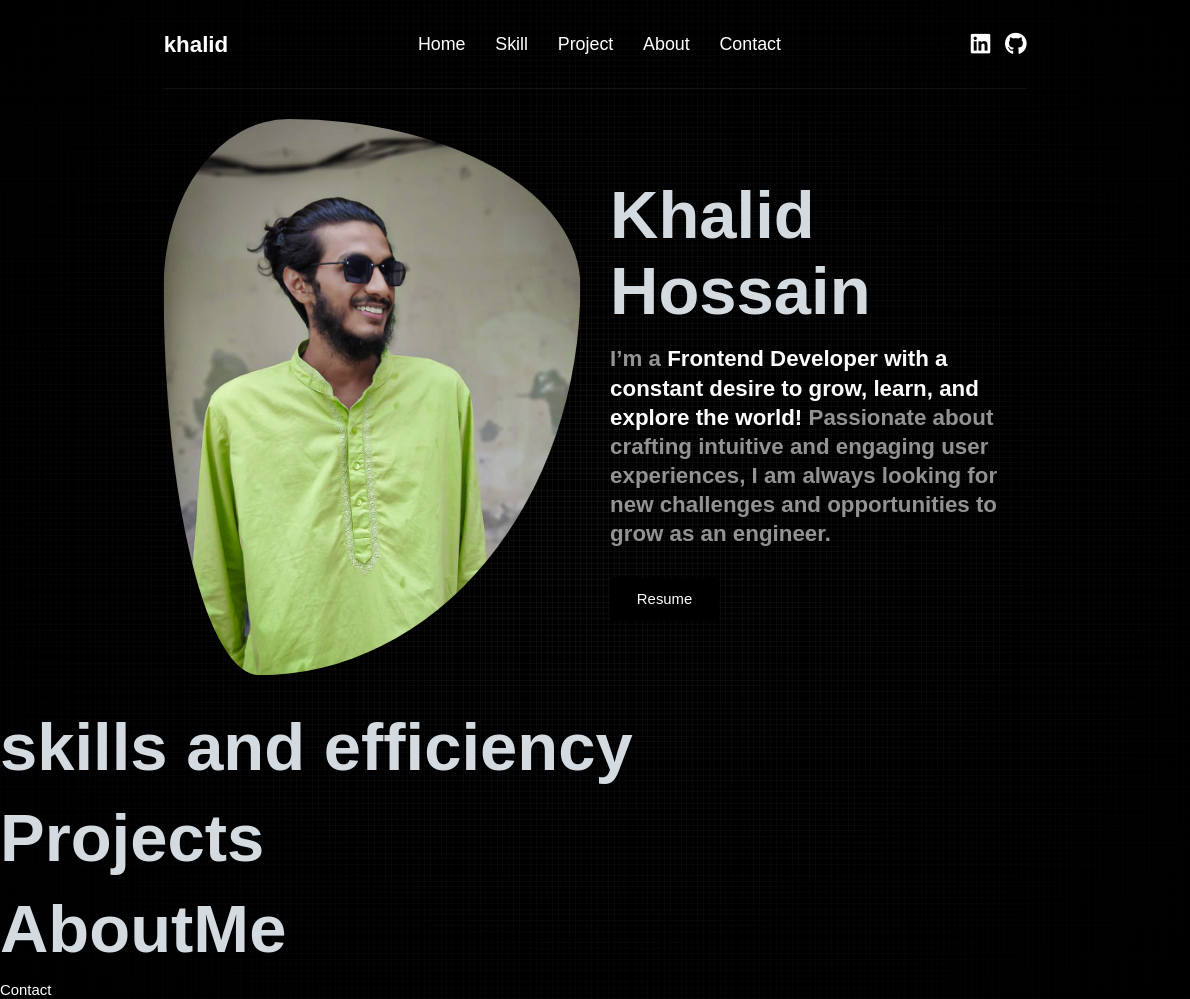
Repository: badhon252/my-portfolio
Page: /
These files come from the project's save history. The page is drawn as it stood at one moment and after a run of saves; the edit follows.
The browser window is 1280 px wide. The pictures show the whole page, at 93% of full size.
The project was rebuilt for these pictures with package versions that can differ from the ones it lists, and the page was loaded fresh each time. Also part of the build but not shown: src/Components/Home/Header/Navbar/Navs/LinkedIn/LinkedIn.module.css, src/Components/Home/Header/Navbar/Navs/GitHub/Github.module.css.

Above is the page before, as saved 2023-01-16 00:26:14.

After the next 3 saves:
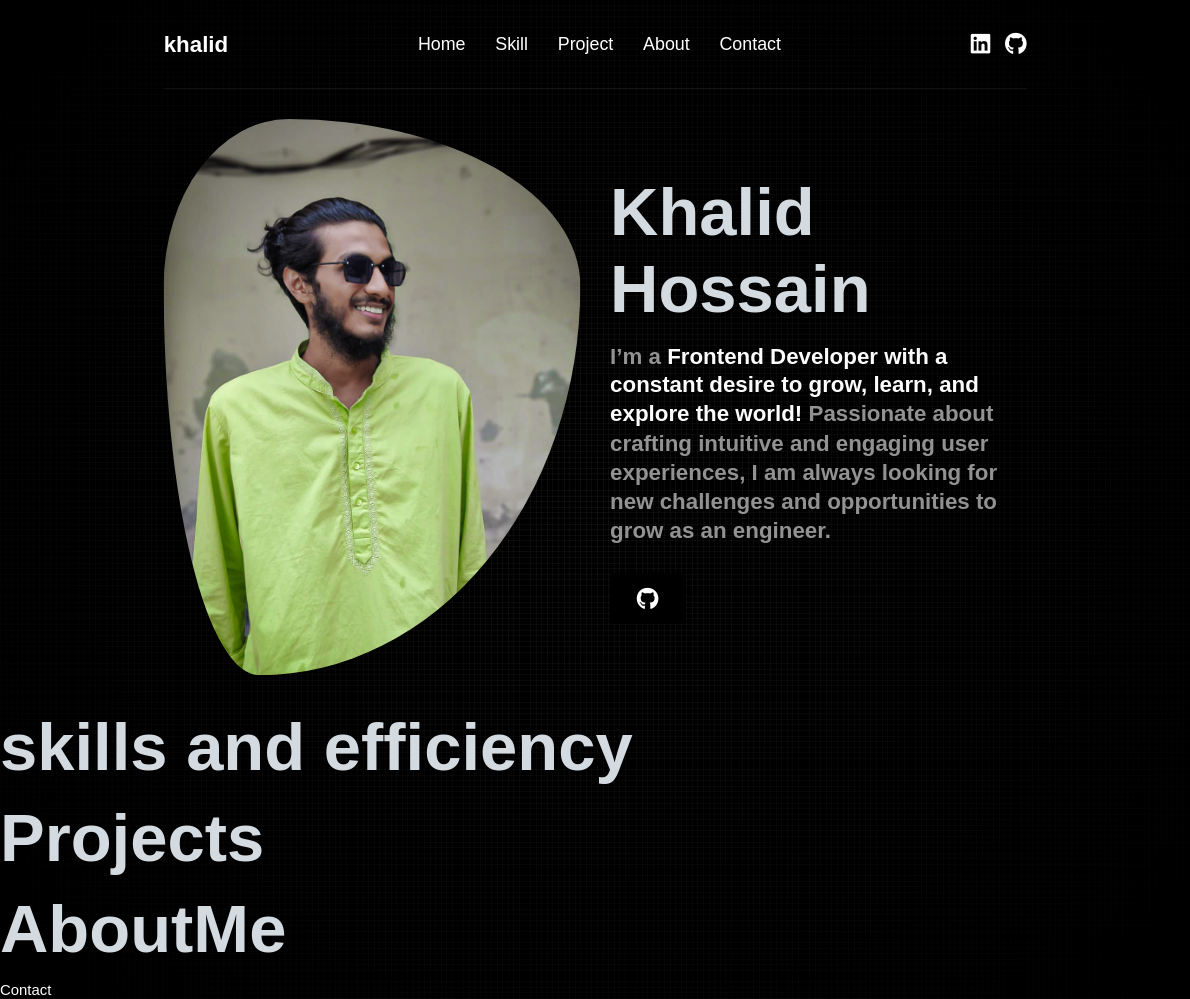
The 3 saves are shown as one change because they came seconds apart.
The last was saved 31 s later.
--- a/src/Components/Home/Header/HeaderContent/HeroSection.jsx
+++ b/src/Components/Home/Header/HeaderContent/HeroSection.jsx
@@ -9,7 +9,11 @@
             I’m a <span>Frontend Developer with a constant desire to grow, learn, and explore the world!</span> Passionate about crafting intuitive and engaging user experiences,
             I am always looking for new challenges and opportunities to grow as an engineer.
           </p>
-          <button className={Classes.resume}>Resume</button>
+          <button className={Classes.resume}>
+             <a href="https://www.github.com/badhon252" target="_blank" rel="noreferrer">
+                <i className="fab fa-github"></i>
+              </a>
+          </button>
     </div>
   );
 }

After the save that followed:
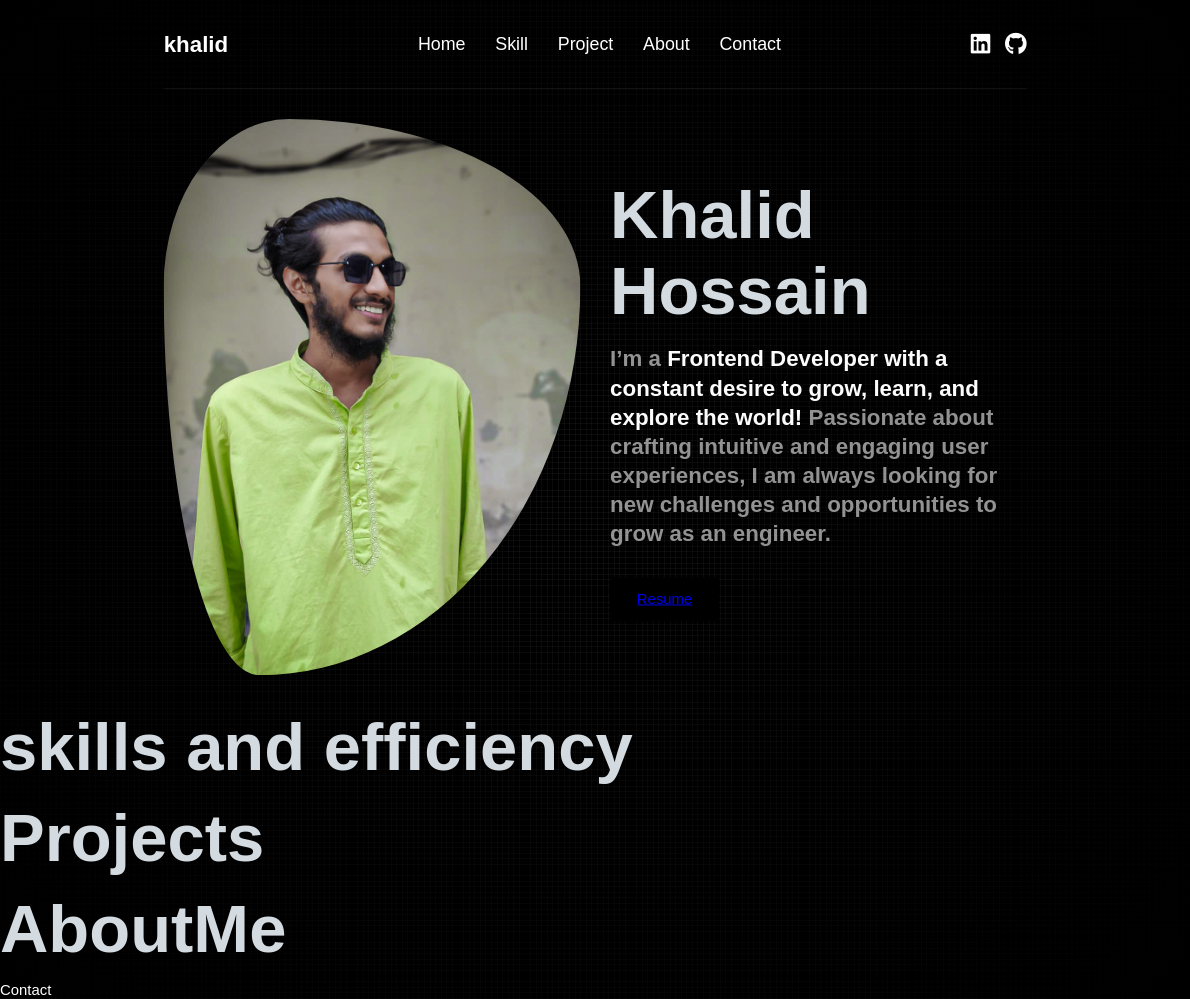
Saved 7 s later.
--- a/src/Components/Home/Header/HeaderContent/HeroSection.jsx
+++ b/src/Components/Home/Header/HeaderContent/HeroSection.jsx
@@ -11,7 +11,7 @@
           </p>
           <button className={Classes.resume}>
              <a href="https://www.github.com/badhon252" target="_blank" rel="noreferrer">
-                <i className="fab fa-github"></i>
+               Resume
               </a>
           </button>
     </div>
